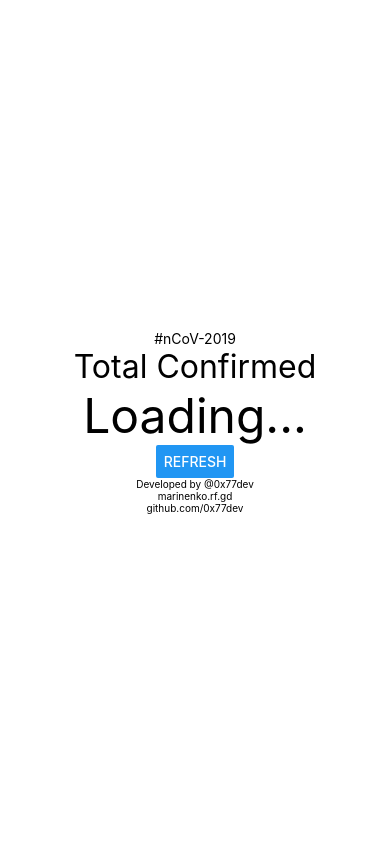
Repository: 0x77dev/coronavirus
Screen: /
These files come from the project's save history. The screen is drawn as it stood at one moment and after a run of saves; the edit follows.
The page's requests for data from a server got no answer. The app was drawn by React Native's web renderer in a window 390 px wide. The project was rebuilt for these pictures with package versions that can differ from the ones it lists, and the page was loaded fresh each time. No one was signed in, and anything a server would have sent is missing.

Above is the screen before, as saved 2020-03-13 18:00:45.

After the next 2 saves:
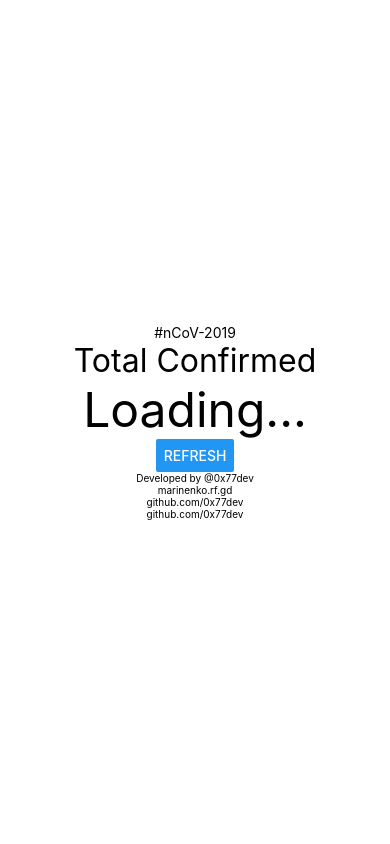
The 2 saves are shown as one change because they came seconds apart.
The last was saved 11 s later.
--- a/App.tsx
+++ b/App.tsx
@@ -22,6 +22,7 @@ export default class App extends React.Component {
         <Text style={{ fontSize: 10 }}>Developed by @0x77dev</Text>
         <Text style={{ fontSize: 10 }}>marinenko.rf.gd</Text>
         <Text style={{ fontSize: 10 }}>github.com/0x77dev</Text>
+        <Text style={{ fontSize: 10 }}>github.com/0x77dev</Text>
       </View>
     );
   }
